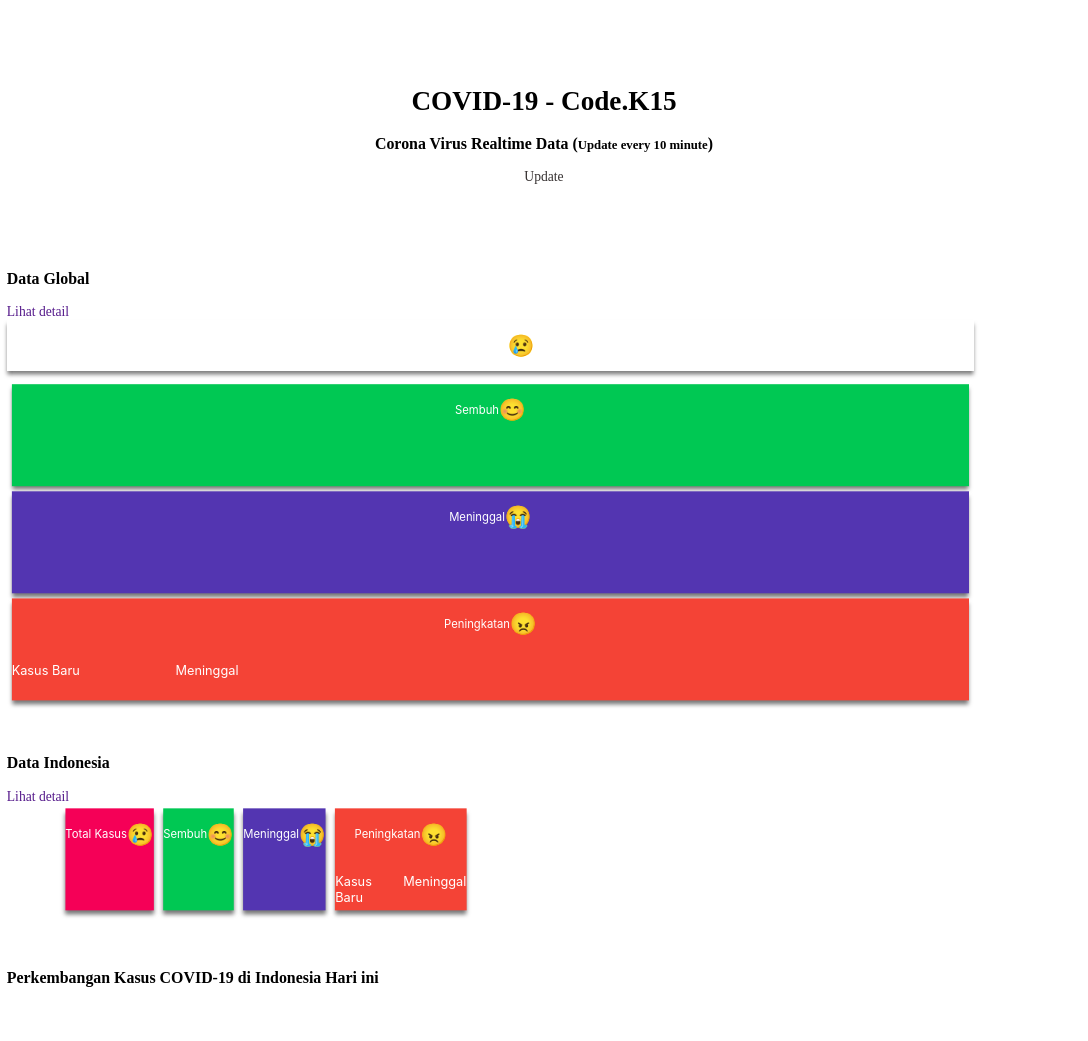
Repository: fathur15/covid19-monitoring
Page: http://localhost/covid19/apps/views/data/main/dashboard.php
These files come from the project's save history. The page is drawn as it stood at one moment and after the next save; the edit follows.
The browser window is 1280 px wide. The pictures show the whole page, at 85% of full size.
The page is run by PHP 8.4 with error messages shown; the project is at /var/www/html/.

Above is the page before, as saved 2020-04-14 13:56:11.

### apps/views/data/main/dashboard.php

<style>

    #resumeGlobal p, h5{
        color: white;
        font-weight: 400;
        font-family: -apple-system, BlinkMacSystemFont, 'Segoe UI', Roboto, Oxygen, Ubuntu, Cantarell, 'Open Sans', 'Helvetica Neue', sans-serif
    }
    #resumeIndonesia p, h5{
        color: white;
        font-weight: 400;
        font-family: -apple-system, BlinkMacSystemFont, 'Segoe UI', Roboto, Oxygen, Ubuntu, Cantarell, 'Open Sans', 'Helvetica Neue', sans-serif
    }
    .shadow-box{
        -webkit-box-shadow: 0 15px 10px #777;
        -moz-box-shadow: 0 15px 10px #777;
        box-shadow: 0 5px 5px #777;

    }
    .content-main-wrapper{
        margin: 5% 0;
    }
    /* .shadow-box:after{
        -webkit-transform: rotate(3deg);
        -moz-transform: rotate(3deg);
        -o-transform: rotate(3deg);
        -ms-transform: rotate(3deg);
        transform: rotate(3deg);
        right: 10px;
        left: auto;
    } */

</style>
<div class="content">
    <div class="heading" style="margin: 100px 30%; text-align: center">
        <h1>COVID-19 - Code.K15</h1>
        <h3>Corona Virus Realtime Data (<small style="font-size: 15px">Update every 10 minute</small>)</h3>
        <p id="date-update" style="color: #353030;">Update</p>
    </div>
    <div class="main">
        <div class="container">
            <div class="row content-main-wrapper">
                <div class="head-main-content">
                    <h3>Data Global</h3>
                    <a style="text-decoration: none" href="">Lihat detail  <i class="fas fa-long-arrow-alt-right" aria-hidden="true"></i></a>
                </div>
                <div id="resumeGlobal" class="" style="width: 90%;" >
                    <div class="row">
                        <div class="card col-sm-3 shadow-box" ;background: #f50057; margin: 0.5%; align-items: center; height: 120px ">
                            <div class="card-body">
                                <div style="flex-direction: row; display: flex; justify-content: center; align-items: center">
                                    <h5 id="title-kasus-global" class="card-text">Total Kasus</h5>
                                    <span style="color: black; font-size: 25px; text-shadow: 0 0 0 yellow">&#x1F622</span>
                                </div>
                                <p class="card-text" id="kasus-global"></p>
                            </div>
                        </div>
                        <div class="card col-sm-3 shadow-box" style="background: #00c853; margin: 0.5%; align-items: center; height: 120px ">
                            <div class="card-body">
                                <div style="flex-direction: row; display: flex; justify-content: center; align-items: center">
                                    <h5 id="title-kasus-global" class="card-text">Sembuh</h5>
                                    <span style="color: black; font-size: 25px; text-shadow: 0 0 0 yellow">&#x1F60A</span>
                                </div>
                                <p class="card-text" id="sembuh-global"></p>
                                <!-- <p style="">Orang</p> -->
                            </div>
                        </div>
                        <div class="card col-sm-3 shadow-box" style="margin: 0.5%; height: 120px;align-items: center;  background :#5335b1">
                            <div class="card-body">
                                <div style="flex-direction: row; display: flex; justify-content: center; align-items: center;">
                                    <h5 id="title-kasus-global" class="card-text">Meninggal</h5>
                                    <span style="color: black; font-size: 25px; text-shadow: 0 0 0 yellow">&#x1F62D</span>
                                </div>
                                <p class="card-text" id="meninggal-global"></p>
                                <!-- <p style="">Orang</p> -->
                            </div>
                        </div>
                        <div class="card col-sm-3 shadow-box" style="margin: 0.5%; height: 120px; background: #f44336">
                            <div class="card-body">
                                <div style="flex-direction: row; display: flex; justify-content: center; align-items: center;">
                                    <h5 id="title-kasus-global" class="card-text">Peningkatan</h5>
                                    <span style="color: black; font-size: 25px; text-shadow: 0 0 0 yellow">&#x1F620</span>
                                </div>
                                <div style="flex-direction: row; display: flex;">
                                    <p style="font-size: 15px">Kasus Baru</p>
                                    <p style="margin-left: 10%; font-size: 15px">Meninggal </p>
                                </div>
                                <div style="display: flex; margin-top: -9%">
                                    <p style="font-size: 15px" class="card-text" id="kasus-baru-global"></p>
                                    <p style="margin-left: 10%; font-size: 15px" class="card-text" id="meninggal-baru-global"></p>
                                </div>
                            </div>
                        </div>
                    </div>
                </div>
            </div>
            <div class="row content-main-wrapper" >
                <div class="head-main-content">
                    <h3>Data Indonesia</h3>
                    <a style="text-decoration: none" href="">Lihat detail  <i class="fas fa-long-arrow-alt-right" aria-hidden="true"></i></a>
                </div>
                <div  id="resumeIndonesia" class="" style="width: 90%; display: flex; margin: 0 5%;" >
                    <div class="card col-sm-3 shadow-box" style="background: #f50057; margin: 0.5%; align-items: center; height: 120px ">
                        <div class="card-body">
                            <div style="flex-direction: row; display: flex; justify-content: center; align-items: center">
                                <h5 id="title-kasus-indonesia" class="card-text">Total Kasus</h5>
                                <span style="color: black; font-size: 25px; text-shadow: 0 0 0 yellow">&#x1F622</span>
                            </div>
                            <p style="font-size: 14px" class="card-text" id="kasus-indonesia"></p>
                        </div>
                    </div>
                    <div class="card col-sm-3 shadow-box" style="background: #00c853; margin: 0.5%; align-items: center; height: 120px ">
                        <div class="card-body">
                            <div style="flex-direction: row; display: flex; justify-content: center; align-items: center">
                                <h5 id="title-kasus-indonesia" class="card-text">Sembuh</h5>
                                <span style="color: black; font-size: 25px; text-shadow: 0 0 0 yellow">&#x1F60A</span>
                            </div>
                            <p class="card-text" id="sembuh-indonesia"></p>
                        </div>
                    </div>
                    <div class="card col-sm-3 shadow-box" style="margin: 0.5%; height: 120px;align-items: center;  background :#5335b1">
                        <div class="card-body">
                            <div style="flex-direction: row; display: flex; justify-content: center; align-items: center;">
                                <h5 id="title-kasus-indonesia" class="card-text">Meninggal</h5>
                                <span style="color: black; font-size: 25px; text-shadow: 0 0 0 yellow">&#x1F62D</span>
                            </div>
                            <p class="card-text" id="meninggal-indonesia"></p>
                        </div>
                    </div>
                    <div class="card col-sm-3 shadow-box" style="margin: 0.5%; height: 120px; background: #f44336">
                        <div class="card-body">
                            <div style="flex-direction: row; display: flex; justify-content: center; align-items: center;">
                                <h5 id="title-kasus-indonesia" class="card-text">Peningkatan</h5>
                                <span style="color: black; font-size: 25px; text-shadow: 0 0 0 yellow">&#x1F620</span>
                            </div>
                            <div style="flex-direction: row; display: flex;">
                                <p style="font-size: 15px">Kasus Baru</p>
                                <p style="margin-left: 10%; font-size: 15px">Meninggal </p>
                            </div>
                            <div style="display: flex; margin-top: -9%">
                                <p style="font-size: 15px" class="card-text" id="kasus-baru-indonesia"></p>
                                <p style="margin-left: 10%; font-size: 15px" class="card-text" id="meninggal-baru-indonesia"></p>
                            </div>
                        </div>
                    </div>
                </div>
            </div>
            <div class="row content-main-wrapper" >
                 <div class="head-main-content">
                    <h3>Perkembangan Kasus COVID-19 di Indonesia Hari ini</h3>
                </div>
            </div>
        </div>
    </div>
</div>

After the next save:
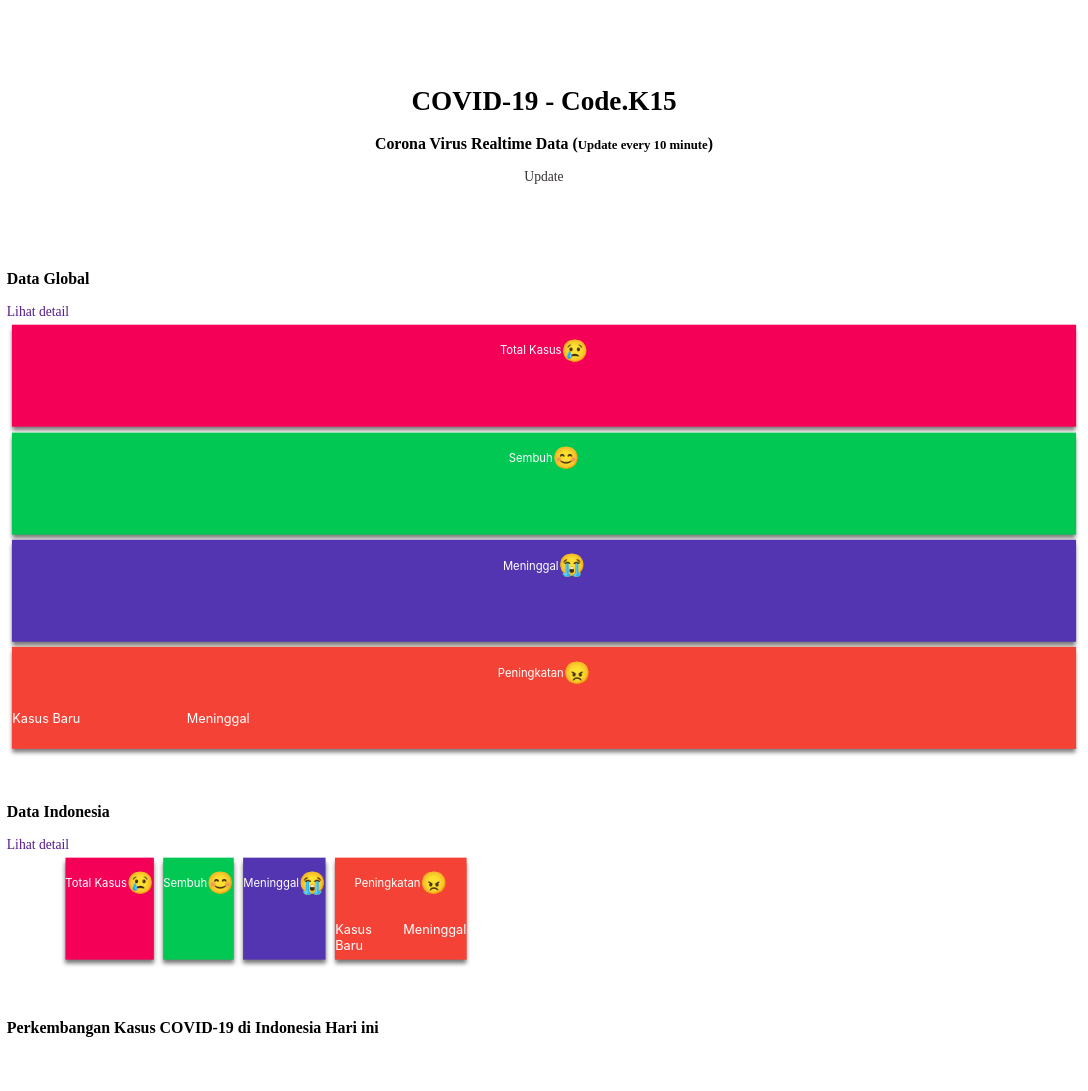
Saved 14 s later.
--- a/apps/views/data/main/dashboard.php
+++ b/apps/views/data/main/dashboard.php
@@ -44,9 +44,9 @@
                     <h3>Data Global</h3>
                     <a style="text-decoration: none" href="">Lihat detail  <i class="fas fa-long-arrow-alt-right" aria-hidden="true"></i></a>
                 </div>
-                <div id="resumeGlobal" class="" style="width: 90%;" >
+                <div id="resumeGlobal" class="" style="width: 100%;" >
                     <div class="row">
-                        <div class="card col-sm-3 shadow-box" ;background: #f50057; margin: 0.5%; align-items: center; height: 120px ">
+                        <div class="card col-sm-3 shadow-box" style="background: #f50057; margin: 0.5%; align-items: center; height: 120px ">
                             <div class="card-body">
                                 <div style="flex-direction: row; display: flex; justify-content: center; align-items: center">
                                     <h5 id="title-kasus-global" class="card-text">Total Kasus</h5>
